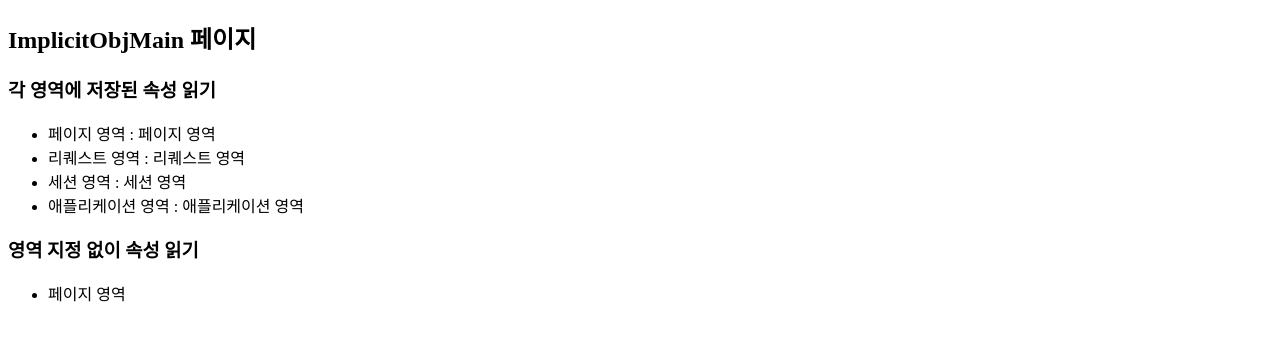
Repository: ssing365/JSPStudy
Page: http://localhost/JSPServlet/08EL/E01_ImplicitObjMain.jsp
These files come from the project's save history. The page is drawn as it stood at one moment and after the next save; the edit follows.
The browser window is 1280 px wide. The pictures show the whole page.
The page is served by Tomcat 10.

Above is the page before, as saved 2024-10-31 08:17:50.

After the next save:
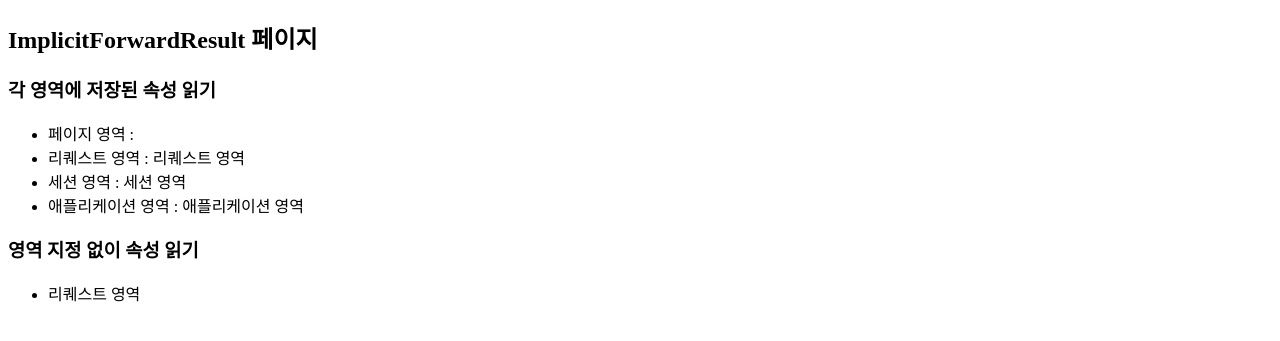
Saved 4 min 40 s later.
--- a/JSPServlet/src/main/webapp/08EL/E01_ImplicitObjMain.jsp
+++ b/JSPServlet/src/main/webapp/08EL/E01_ImplicitObjMain.jsp
@@ -2,7 +2,7 @@
 	pageEncoding="UTF-8"%>
 <%
 //4가지 영역에 같은 속성명(scopeValue)으로 각기 다른 값을 저장
-	//<!-- 영역들은 각 요청에 따라 새로 생기는게 아닌가? 바로 이렇게 속성을 set할수있나?  -->
+//<!-- 영역들은 각 요청에 따라 새로 생기는게 아닌가? 바로 이렇게 속성을 set할수있나?  -->
 pageContext.setAttribute("scopeValue", "페이지 영역");
 request.setAttribute("scopeValue", "리퀘스트 영역");
 session.setAttribute("scopeValue", "세션 영역");
@@ -34,8 +34,12 @@
 	<ul>
 		<li>${scopeValue }</li>
 	</ul>
-
-	<%--<jsp:forward page="E02_ImplicitForwardResult.jsp"></jsp:forward> --%>
+	<!--
+	포워드를 사용할 때는 JSP코드 보다는 액션 태그가 좀 더 편리하다.
+	포워드란 현재 페이지가 받은 요청을 그 다음 페이지로 전달하는 것을 말한다.
+	요청을 공유하는 개념이므로 request영역이 공유된다.
+	-->
+	<jsp:forward page="E02_ImplicitForwardResult.jsp"></jsp:forward>
 
 </body>
 </html>
